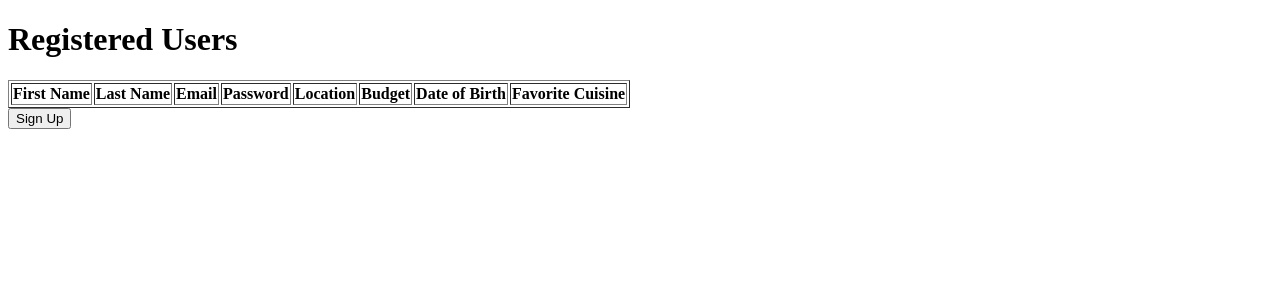
Repository: JackFogerson/2021-spring-cs160-Team-Druids
Page: http://localhost/FoodFinder/WEB-INF/views/userList.jsp
These files come from the project's save history. The page is drawn as it stood at one moment and after the next save; the edit follows.
The browser window is 1280 px wide. The pictures show the whole page.
The page is served by Tomcat 9. Nobody is signed in. The template is opened directly, without the code that normally fills it, so the values that code supplies are empty.

Above is the page before, as saved 2021-03-03 21:36:04.

After the next save:
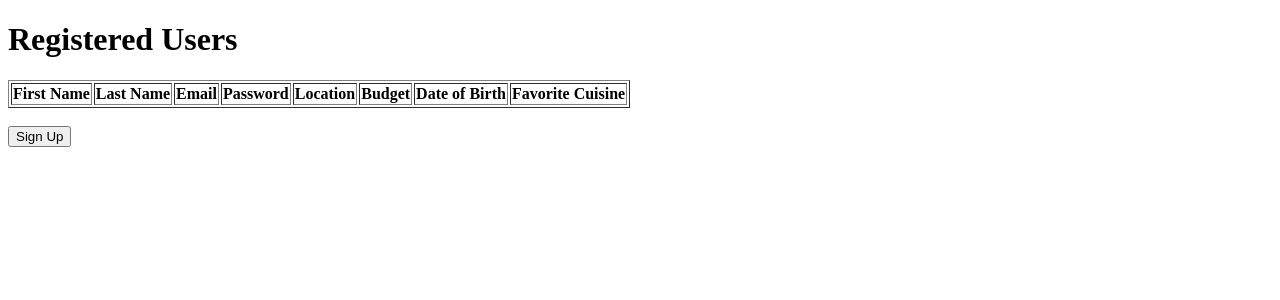
Saved 3 min 16 s later.
--- a/FoodFinder/FoodFinder/src/main/webapp/WEB-INF/views/userList.jsp
+++ b/FoodFinder/FoodFinder/src/main/webapp/WEB-INF/views/userList.jsp
@@ -32,7 +32,7 @@
 				<td>${user.favoriteCuisine}</td>
 			</tr>
 		</c:forEach>
-	</table>
-	<button onclick = "window.location.href = 'showUserForm'">Sign Up</button>
+	</table><br/>
+	<button onclick = "window.location.href = 'showUserForm' ">Sign Up</button>
 </body>
 </html>
